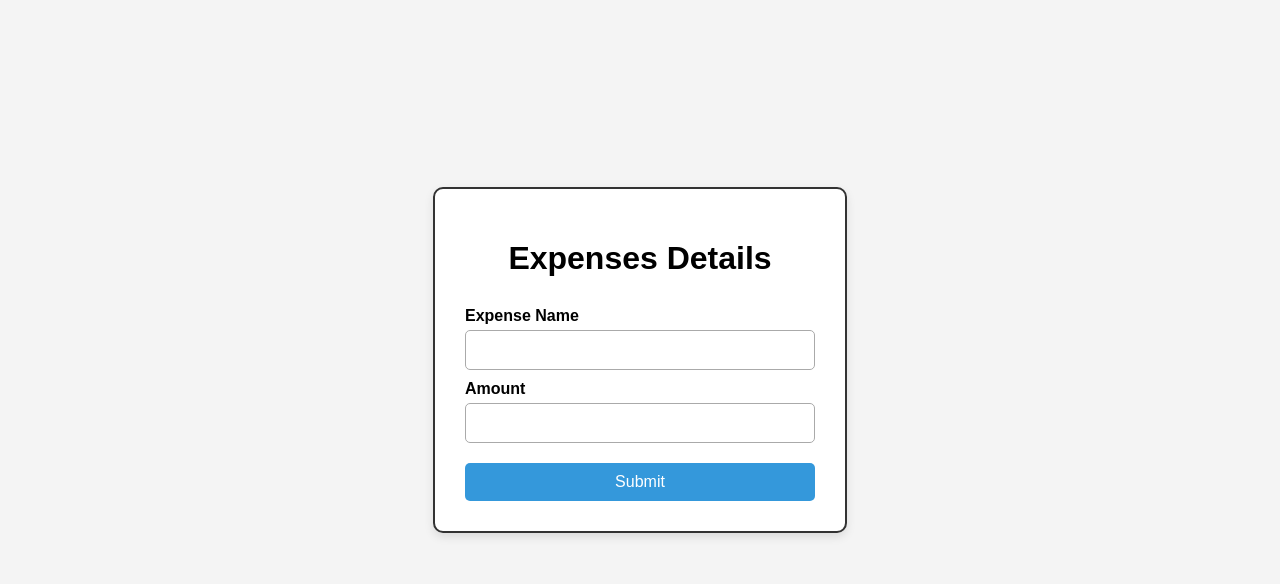
Repository: sarthak-tyagi123/expensetracker12
Page: http://localhost/
The author's editor kept a copy of each file at every save. The page is drawn from the files as they stood at one save, then again after a run of saves.
The browser window is 1280 px wide. The pictures show the whole page.
The page is served by the project's Node server (app.js).

Above is the page before, as saved 2025-06-20 23:57:17.

After the next 3 saves:
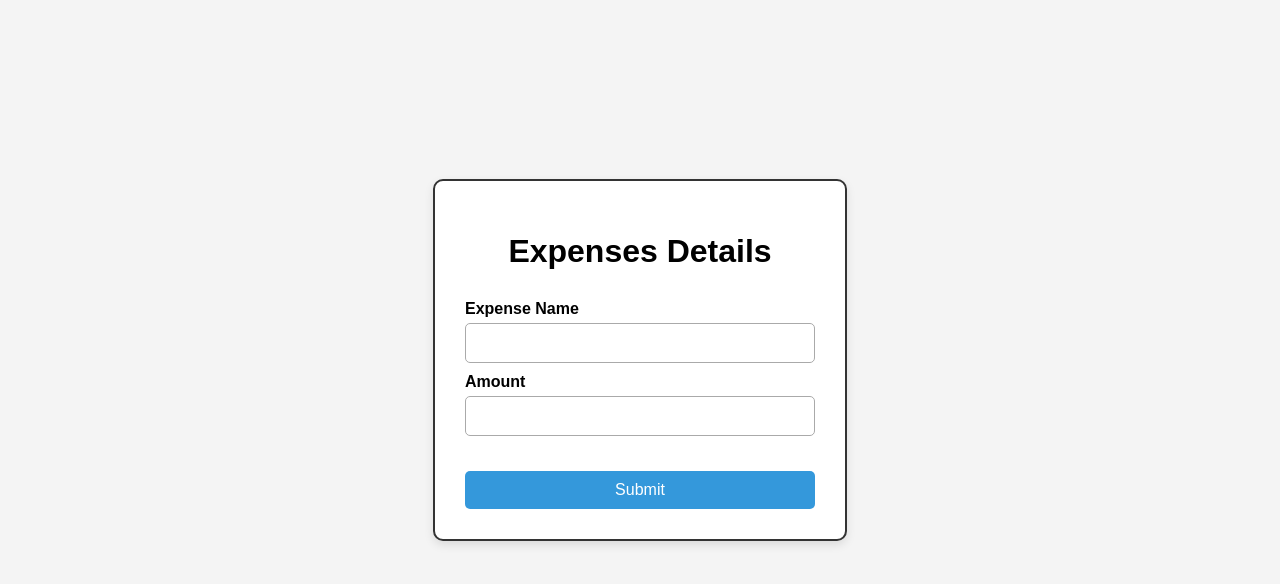
The 3 saves are shown as one change because they came seconds apart.
The last was saved 53 s later.
--- a/views/1.ejs
+++ b/views/1.ejs
@@ -80,6 +80,8 @@
         <label for="number">Amount</label>
         <input type="number" name="amount" required />
 
+        <label for="date"></label>
+
         <button type="submit">Submit</button>
       </form>
     </div>
